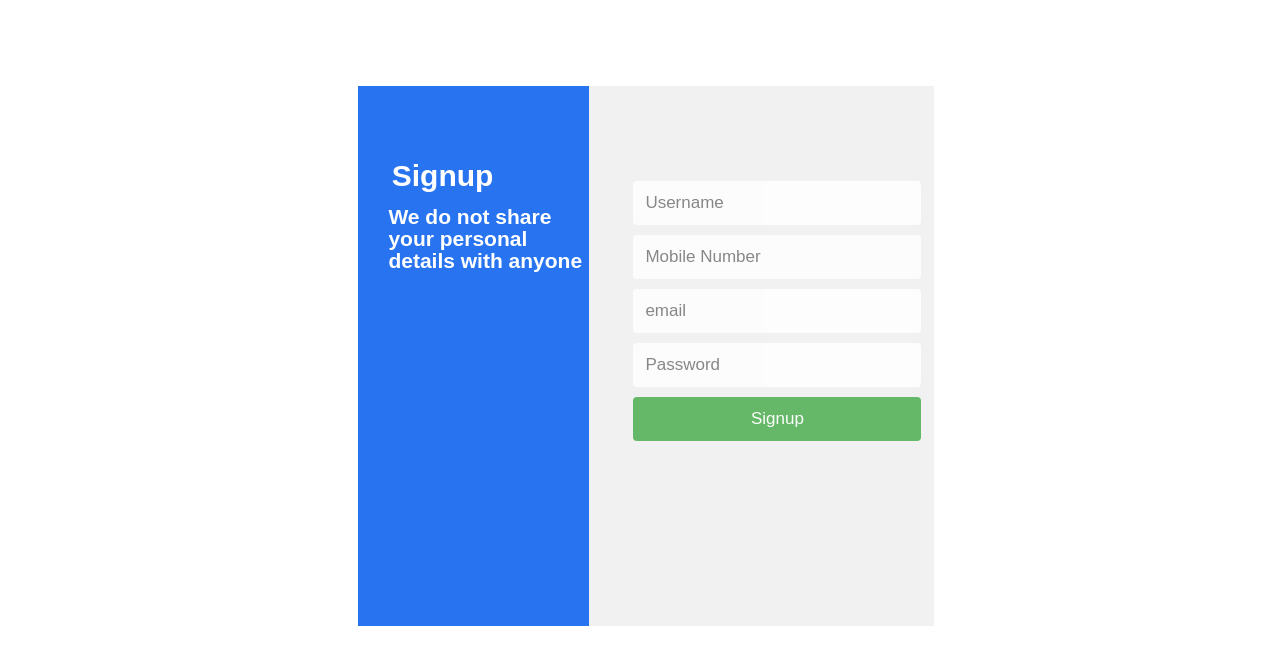
Repository: mihirhpanchal/Java-OnlineShopping
Page: backs/shopdir/shopping/src/main/webapp/WEB-INF/jsp/signup.html
An editor plug-in stored every save of this project. The page is shown before and after the next save, followed by the edit.
The browser window is 1280 px wide. The pictures show the whole page.

Above is the page before, as saved 2019-11-20 09:29:53.

After the next save:
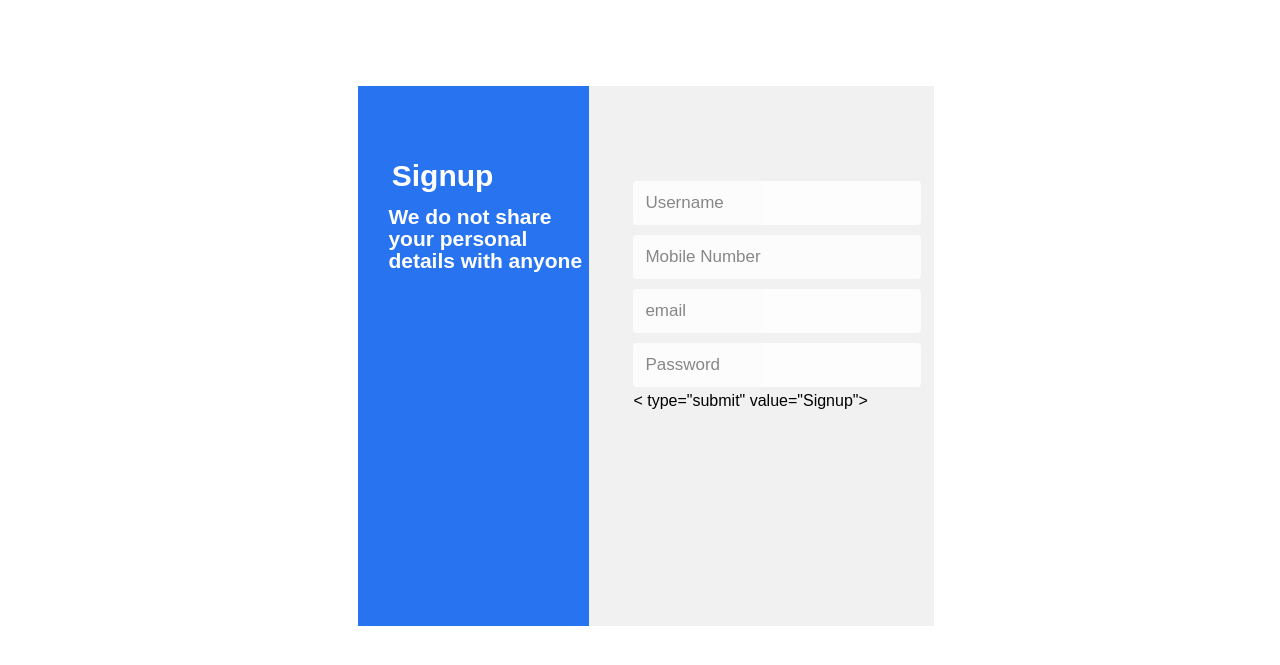
Saved 46 s later.
--- a/backs/shopdir/shopping/src/main/webapp/WEB-INF/jsp/signup.html
+++ b/backs/shopdir/shopping/src/main/webapp/WEB-INF/jsp/signup.html
@@ -51,12 +51,14 @@
 <div class="container">
 
 <div class="col" style="position:absolute;top:90px;left:275px;width:50%;z-index:105">
+<form>
         <input type="text" name="username" placeholder="Username" required>
 	 <input type="text" name="Mobile Number" placeholder="Mobile Number" required>
 	 <input type="text" name="email" placeholder="email" required>
         <input type="password" name="password" placeholder="Password" required>
-        <input type="submit" value="Signup">
+        < type="submit" value="Signup">
 	</div>
+</form>
 <div class="signup">&nbsp;&nbsp;&nbsp;&nbsp;Signup<br>
 <span style="position:absolute;top:120px;left:30px;font-size:21px;line-height:22px;width:200px">We do not share your personal details with anyone
 </span></div>

After the save that followed:
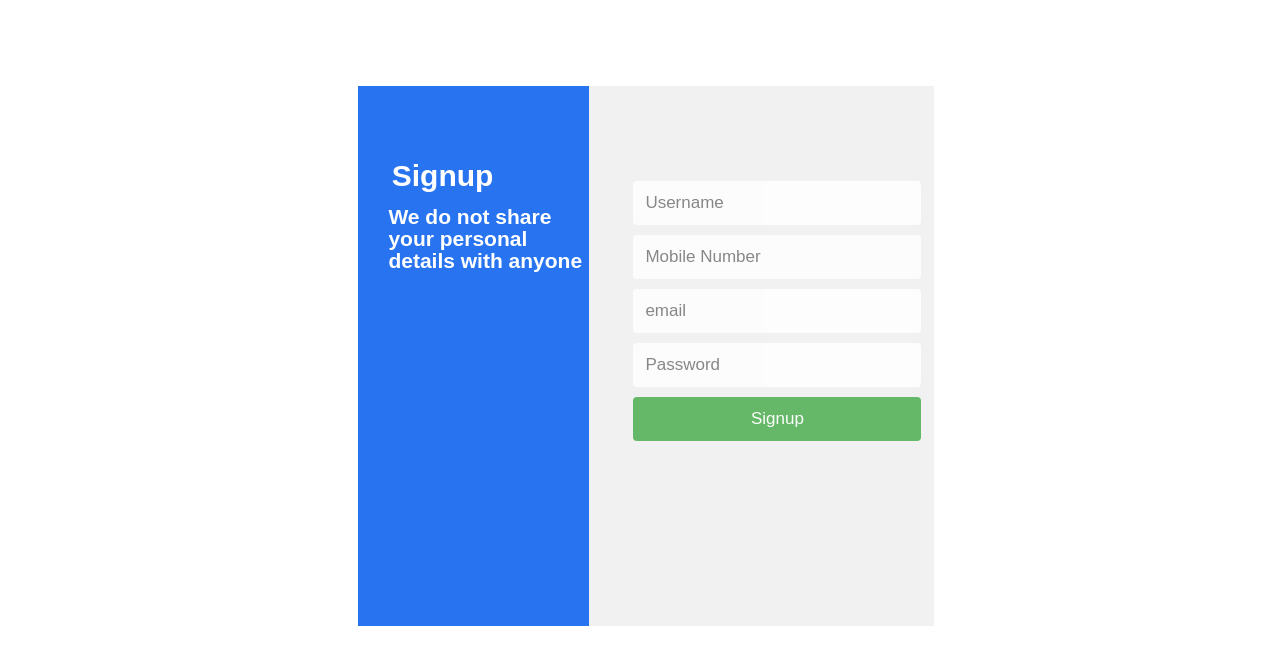
Saved 34 s later.
--- a/backs/shopdir/shopping/src/main/webapp/WEB-INF/jsp/signup.html
+++ b/backs/shopdir/shopping/src/main/webapp/WEB-INF/jsp/signup.html
@@ -51,12 +51,12 @@
 <div class="container">
 
 <div class="col" style="position:absolute;top:90px;left:275px;width:50%;z-index:105">
-<form>
+<form action="register.do">
         <input type="text" name="username" placeholder="Username" required>
 	 <input type="text" name="Mobile Number" placeholder="Mobile Number" required>
 	 <input type="text" name="email" placeholder="email" required>
         <input type="password" name="password" placeholder="Password" required>
-        < type="submit" value="Signup">
+        <input type="submit" value="Signup">
 	</div>
 </form>
 <div class="signup">&nbsp;&nbsp;&nbsp;&nbsp;Signup<br>
